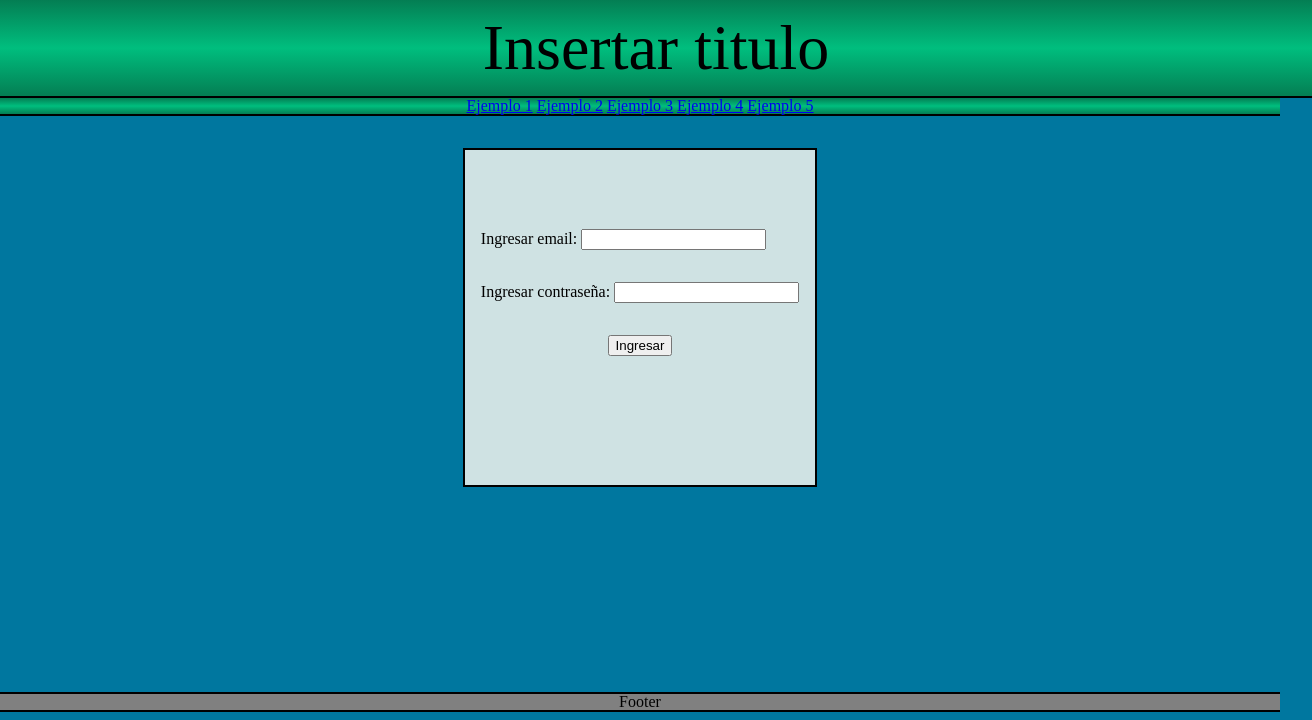
Repository: FacundoKinderknecht/Parcial-2-LPPA
Page: login/login.html
The author's editor kept a copy of each file at every save. The page is drawn from the files as they stood at one save, then again after the next save.
The browser window is 1280 px wide. The page is 1312 px wide, so the pictures cover 1312 px, including what lies to the right of the window. The pictures show the whole page.

Above is the page before, as saved 2022-07-06 10:36:56.

### login/login.html
<!DOCTYPE html>
<html lang="en">
<head>
    <meta charset="UTF-8">
    <meta http-equiv="X-UA-Compatible" content="IE=edge">
    <meta name="viewport" content="width=device-width, initial-scale=1.0">
    <title>Document</title>
    <link rel="stylesheet" href="/reset.css">
    <link rel="stylesheet" href="/login/login.css">
    <script src="/login/login.js"></script>
</head>
<body>
    <header>
        <h1>Insertar titulo</h1>
    </header>
    <nav>
        <li>
            <a href="#">Ejemplo 1</a>
            <a href="#">Ejemplo 2</a>
            <a href="#">Ejemplo 3</a>
            <a href="#">Ejemplo 4</a>
            <a href="#">Ejemplo 5</a>
        </li>
    </nav>
    <main>
        <form>
            <div class="email">
                <label for="email">Ingresar email:</label>
                <input type="text" name="email" id="email">
            </div>
            <div class="contraseña">
                <label for="contraseña">Ingresar contraseña:</label>
                <input type="password" name="contraseña" id="contraseña">
            </div>
            <div class="boton">
                <input type="submit" value="Ingresar">
            </div>
        </form>
    </main>
    <footer>
        <p>Footer</p>
    </footer>
</body>
</html>

### login/login.css
header{
    width: 100%;
    border-bottom: black 2px solid;
    padding: 1rem;
    font-size: 400%;
    background: linear-gradient(to top, rgb(4, 126, 83), rgb(0, 190, 126), rgb(4, 126, 83));
}
nav{
    background: linear-gradient(to top, rgb(4, 126, 83), rgb(0, 190, 126), rgb(4, 126, 83));
    display: block;
    border-bottom: black 2px solid;
    text-decoration: none;
}
li{
    text-decoration: none;
    list-style: none;
    color: black;
}
body{
    background-color: rgb(0, 119, 159);
    height: 100%;
    align-items: center;
    text-align: center;
    margin: 0;
}
main{
    display: inline-block;
    width: 70%;
    padding-top: 2rem;
    height: 34rem;
}
form{
    display: inline-block;
    background-color: rgb(207, 226, 227);  border: black solid 2px;
    padding-top: 7%;
    height: 50%;
    align-items: center;
    text-align: center;
}
div{
    text-align: left;
    align-items:left;
    padding: 1rem;
}
.boton{
    text-align: center;
}
footer{
    border-top: 2px solid black;
    border-bottom: 2px solid black;
    background-color: grey;
    bottom: 0;
    width: 100%;
}

Loaded but not shown: reset.css (common file); login/login.js (no stored copy; drawn as an empty file)

After the next save:
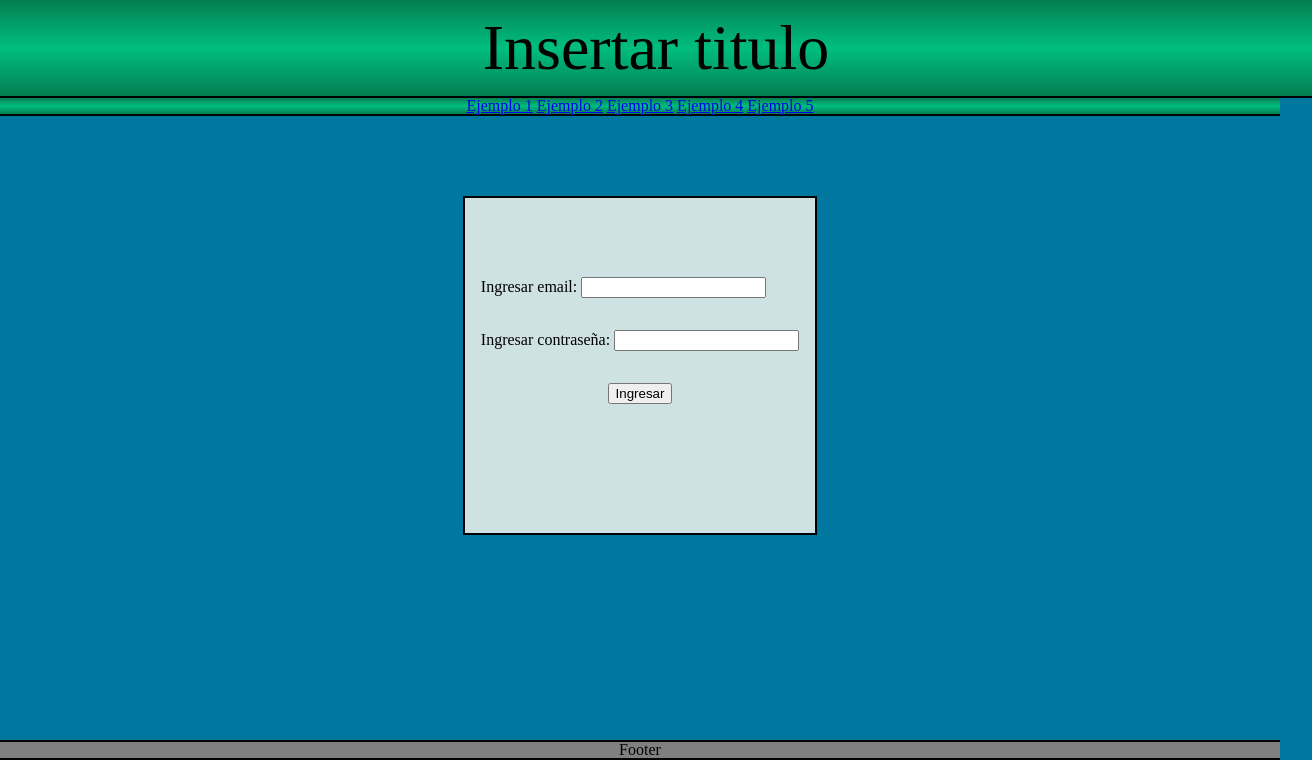
Saved 4 s later.
--- a/login/login.css
+++ b/login/login.css
@@ -26,7 +26,7 @@ body{
 main{
     display: inline-block;
     width: 70%;
-    padding-top: 2rem;
+    padding-top: 5rem;
     height: 34rem;
 }
 form{
